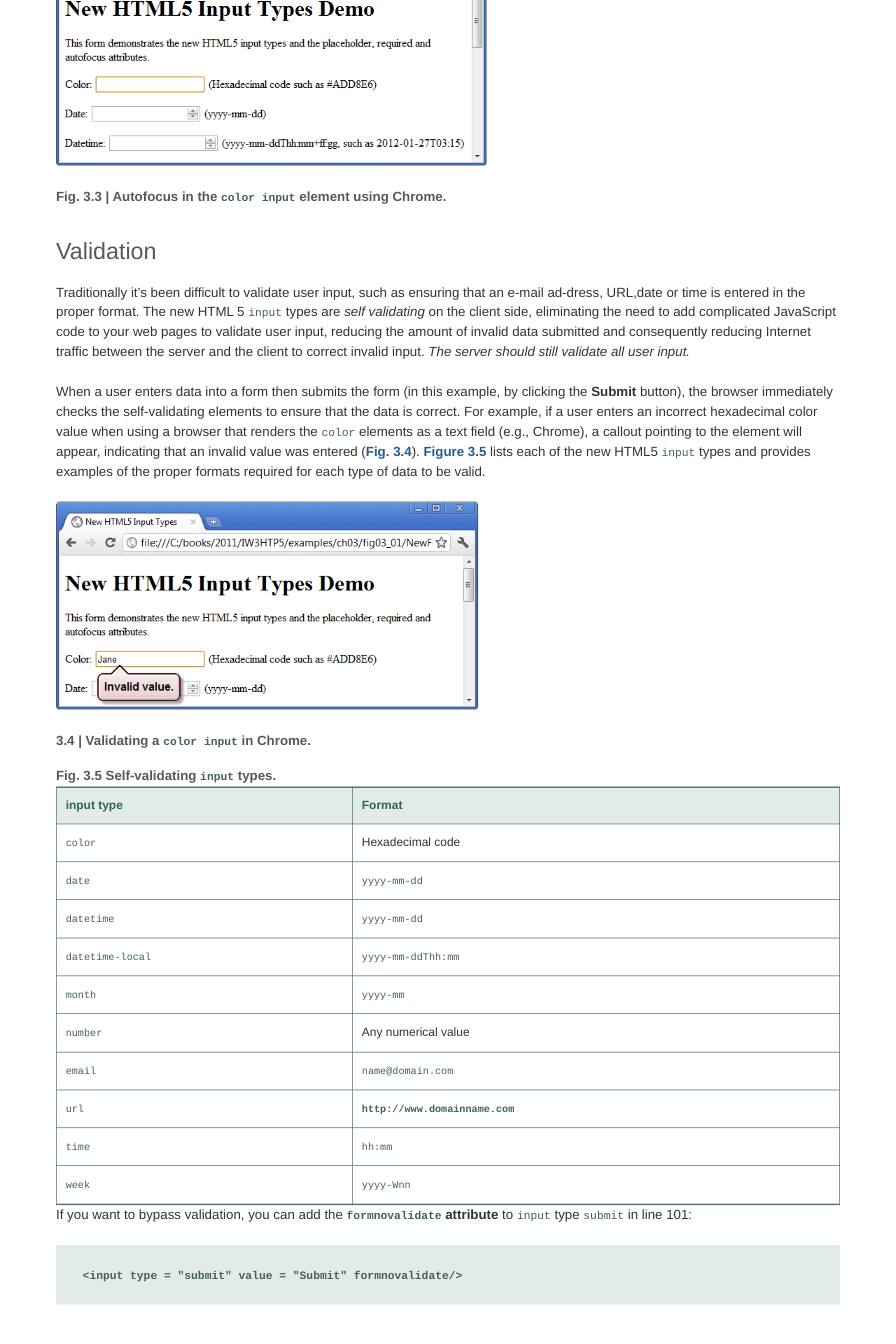
Repository: mlmEFSC21/P4-Textbook-Copy
Page: index.html
The author's editor kept a copy of each file at every save. The page is drawn from the files as they stood at one save, then again after the next save.
The browser window is 1280 px wide. The pictures show the part of the page from y = 1092 to 3012 px (the page is 3012 px tall before and 2988 px after), at 70% of full size.

Above is the page before, as saved 2022-02-03 19:59:00.

### index.html
<!DOCTYPE html>
<html lang="en">
    <head>
        <meta charset="UTF-8" />
        <meta http-equiv="X-UA-Compatible" content="IE=edge" />
        <meta name="viewport" content="width=device-width, initial-scale=1.0" />
        <link rel="stylesheet" href="bookStyles.css" />
        <title>Laying Out Book Pages</title>
    </head>
    <body>
        <header>
            <!-- This is the header from the top of the page. Acts as a placeholder for Fig-1 as it wasn't included. -->
            <h1 id="fig-1-placeholder">
                3.2 New HTML5 Form <code><span class="header1">input</span></code> Types
            </h1>
        </header>
        <section class="color-input-type">
            <header>
                <h1>3.2.1 <code>input</code> Type <code>color</code></h1>
            </header>
            <p>
                The <code><span class="code-heavy">color input</span></code> type (<a
                    href="#fig-1-placeholder"
                    >Fig. 3.1</a
                >, lines 20–21) enables the user to enter a color. At the time of this writing, most
                browsers render the <code>color input</code> type as a text field in which the user
                can enter a hexadecimal code or a color name. In the future, when you click a
                <code>color input</code>, browsers will likely display a
                <em>color picker</em> similar to the Microsoft Windows color dialog shown in
                <a href="#color-input">Fig. 3.2.</a>
            </p>
            <figure>
                <img
                    src="images/OperaColorInput.png"
                    alt="Microsoft Windows color dialog"
                    id="color-input"
                />
                <figcaption>
                    <header>
                        <h1 class="fig-cap">Fig. 3.2 | A dialog for choosing colors.</h1>
                    </header>
                </figcaption>
            </figure>
        </section>
        <section class="autofocus-attribute">
            <header>
                <h1><code>autofocus</code> Attribute</h1>
            </header>
            <p>
                The <code><span class="code-heavy">autofocus</span></code>
                <strong>attribute</strong> (<a href="#fig-1-placeholder">Fig. 3.1</a>, line 20)—an
                optional attribute that can be used in only one <code>input</code> element on a
                form—automatically gives the focus to the <code>input</code> element, allowing the
                user to begin typing in that element immediately.
                <a href="#autofocus">Figure 3.3</a> shows <code>autofocus</code> on the
                <code>color</code> element—the first <code>input</code> element in our form—as
                rendered in Chrome. You do not need to include <code>autofocus</code> in your forms.
            </p>
            <figure>
                <img
                    src="images/Autofocus.png"
                    alt="web page demo of autofocus on a color input field"
                    id="autofocus"
                />
                <figcaption>
                    <header>
                        <h1 class="fig-cap">
                            Fig. 3.3 | Autofocus in the
                            <code><span class="code-heavy">color input</span></code> element using
                            Chrome.
                        </h1>
                    </header>
                </figcaption>
            </figure>
        </section>
        <section class="input-validation">
            <header>
                <h1>Validation</h1>
            </header>
            <p>
                Traditionally it’s been difficult to validate user input, such as ensuring that an
                e-mail ad-dress, URL,date or time is entered in the proper format. The new HTML 5
                <code>input</code> types are <em>self validating</em> on the client side,
                eliminating the need to add complicated JavaScript code to your web pages to
                validate user input, reducing the amount of invalid data submitted and consequently
                reducing Internet traffic between the server and the client to correct invalid
                input. <em>The server should still validate all user input.</em>
            </p>
            <p>
                When a user enters data into a form then submits the form (in this example, by
                clicking the <strong>Submit</strong> button), the browser immediately checks the
                self-validating elements to ensure that the data is correct. For example, if a user
                enters an incorrect hexadecimal color value when using a browser that renders the
                <code>color</code> elements as a text field (e.g., Chrome), a callout pointing to
                the element will appear, indicating that an invalid value was entered (<a
                    href="#self-validation"
                    >Fig. 3.4</a
                >). <a href="#fig-3.5-table">Figure 3.5</a> lists each of the new HTML5
                <code>input</code> types and provides examples of the proper formats required for
                each type of data to be valid.
            </p>
            <figure>
                <img
                    src="images/SelfValidationChrome.png"
                    alt="web page demo of validation preventing a non color input into a color input field"
                    id="self-validation"
                />
                <figcaption>
                    <header>
                        <h1 class="fig-cap">
                            3.4 | Validating a
                            <code><span class="code-heavy">color input</span></code> in Chrome.
                        </h1>
                    </header>
                </figcaption>
            </figure>
        </section>
        <section class="self-validating-types">
            <figure>
                <figcaption>
                    <header>
                        <h1 class="fig-cap">
                            Fig. 3.5 Self-validating
                            <code><span class="code-heavy">input</span></code> types.
                        </h1>
                    </header>
                </figcaption>
                <table class="validation-table" id="fig-3.5-table">
                    <thead>
                        <th>input type</th>
                        <th>Format</th>
                    </thead>
                    <tbody>
                        <tr>
                            <td><code>color</code></td>
                            <td>Hexadecimal code</td>
                        </tr>
                        <tr>
                            <td><code>date</code></td>
                            <td><code>yyyy-mm-dd</code></td>
                        </tr>
                        <tr>
                            <td><code>datetime</code></td>
                            <td><code>yyyy-mm-dd</code></td>
                        </tr>
                        <tr>
                            <td><code>datetime-local</code></td>
                            <td><code>yyyy-mm-ddThh:mm</code></td>
                        </tr>
                        <tr>
                            <td><code>month</code></td>
                            <td><code>yyyy-mm</code></td>
                        </tr>
                        <tr>
                            <td><code>number</code></td>
                            <td>Any numerical value</td>
                        </tr>
                        <tr>
                            <td><code>email</code></td>
                            <td><code>name@domain.com</code></td>
                        </tr>
                        <tr>
                            <td><code>url</code></td>
                            <td>
                                <a href="http://www.domainname.com"
                                    ><code>http://www.domainname.com</code></a
                                >
                            </td>
                        </tr>
                        <tr>
                            <td><code>time</code></td>
                            <td><code>hh:mm</code></td>
                        </tr>
                        <tr>
                            <td><code>week</code></td>
                            <td><code>yyyy-Wnn</code></td>
                        </tr>
                    </tbody>
                </table>
            </figure>
            <aside>
                <p>
                    If you want to bypass validation, you can add the
                    <code><span class="code-heavy">formnovalidate</span></code>
                    <strong>attribute</strong> to <code>input</code> type <code>submit</code> in
                    line 101:
                </p>
                <div class="form-no-val">
                    <span class="code-heavy"
                        ><code
                            >&lt;input type = "submit" value = "Submit" formnovalidate/&gt;</code
                        ></span
                    >
                </div>
            </aside>
        </section>
    </body>
</html>

### bookStyles.css
:root {
    --clr-prime: #;
    --clr-font-prime: #333;
    --clr-font-code: #446256;
    --clr-font-links: #275b8a;
    --clr-font-fig-figcap: #585858;
    --clr-table-border: #467273;
    --clr-background: white;
    --clr-background-accent: rgba(70, 114, 115, 0.15);
}
*,
*::before,
*::after {
    margin: 0;
    padding: 0;
    box-sizing: border-box;
}
html {
    font-size: 19px;
    font-family: sans-serif;
}
body {
    font-family: "Helvetica Neue", Helvetica, Arial, "Lucida Grande", sans-serif;
    margin: 57px 0;
    padding: 0 80px;
    padding: auto;
    line-height: 1.5;
    background-color: var(--clr-background);
    color: var(--clr-font-prime);
}
h1 {
    font-size: 2.5em;
    margin-top: 1.15em;
    margin-bottom: 0.6em;
    font-style: normal;
    font-weight: 300;
    line-height: 1.5;
}
section header h1 {
    color: #585858;
    font-size: 1.75em;
    font-style: normal;
    font-weight: 300;
}
h1,
code {
    color: var(--clr-font-code);
}
figure figcaption {
    margin-top: 0.75em;
    color: var(--clr-font-fig-figcap);
    font-weight: 300;
}
figure header h1 {
    margin-bottom: 0;
    font-size: 1em;
    color: var(--clr-font-fig-figcap);
    font-weight: 700;
}
code {
    font-family: Courier, "Courier New", monospace;
    font-size: 0.85em;
}
.code-heavy {
    font-weight: 900;
}
p {
    margin-bottom: 1.5em;
}
table {
    width: 100%;
    border-style: solid;
    border-width: 2px 1px 2px;
    border-color: var(--clr-table-border);
    border-radius: 0;
    font-size: 0.9em;
    line-height: 1.5em;
    border-collapse: collapse;
}
table th {
    padding: 0.75em;
    margin: 0;
    vertical-align: top;
    text-align: left;
    color: #2c6655;
    font-style: normal;
    font-weight: 600;
    border: 1px solid var(--clr-table-border);
}
tbody {
    display: table-row-group;
}
tr {
    display: table-row;
    vertical-align: baseline;
}
table td {
    border: 1px solid var(--clr-table-border);
    padding: 0.75em;
    margin: 0;
    vertical-align: top;
    text-align: left;
}
div {
    padding: 1.5em 0 1.5em 2em;
}
th,
div {
    background-color: var(--clr-background-accent);
}
a {
    color: var(--clr-font-links);
    text-decoration: none;
    font-weight: 700;
    cursor: pointer;
}

After the next save:
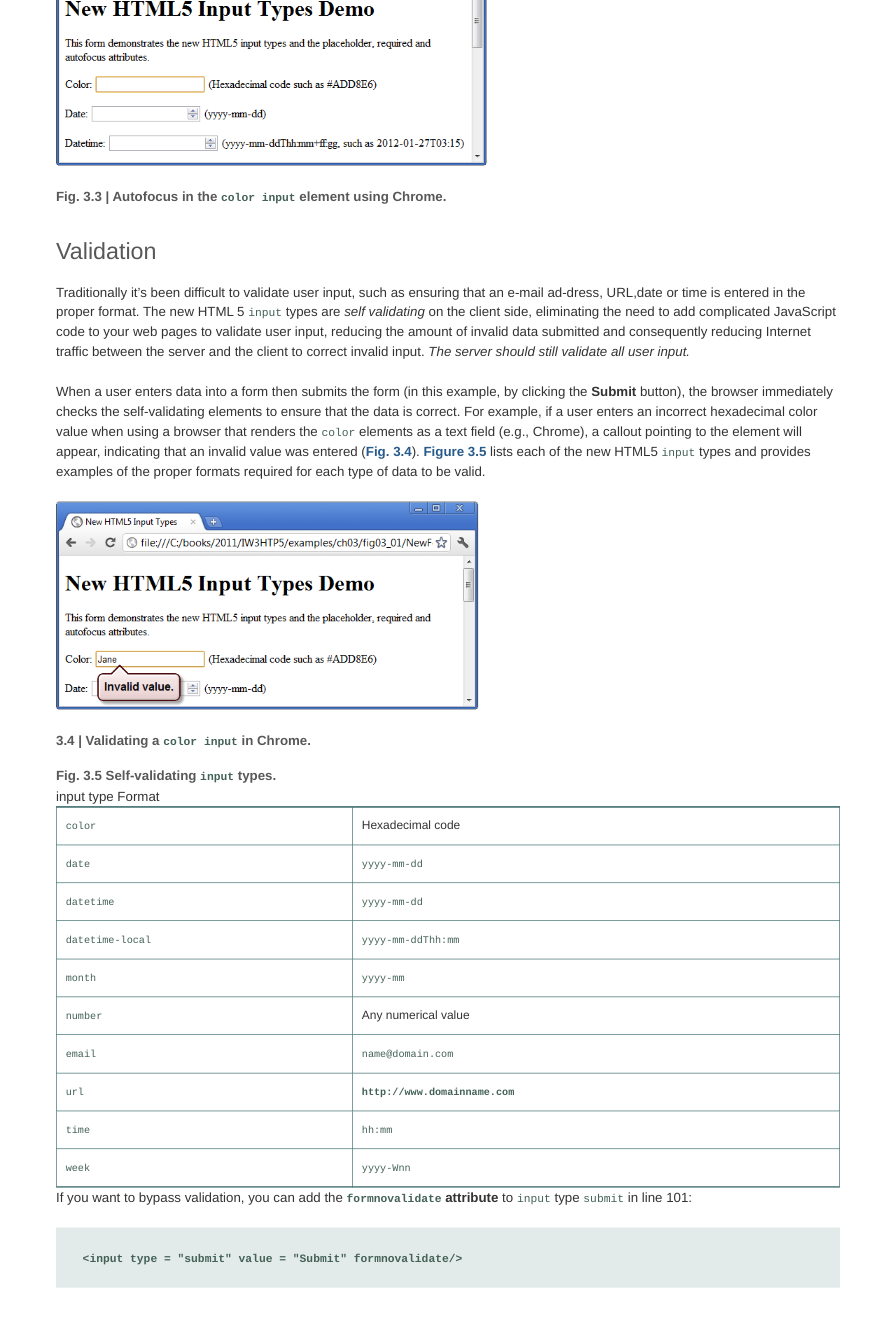
Saved 3 min 12 s later.
--- a/index.html
+++ b/index.html
@@ -127,8 +127,12 @@
                 </figcaption>
                 <table class="validation-table" id="fig-3.5-table">
                     <thead>
-                        <th>input type</th>
-                        <th>Format</th>
+                        <tr>
+                            input type
+                        </tr>
+                        <tr>
+                            Format
+                        </tr>
                     </thead>
                     <tbody>
                         <tr>
